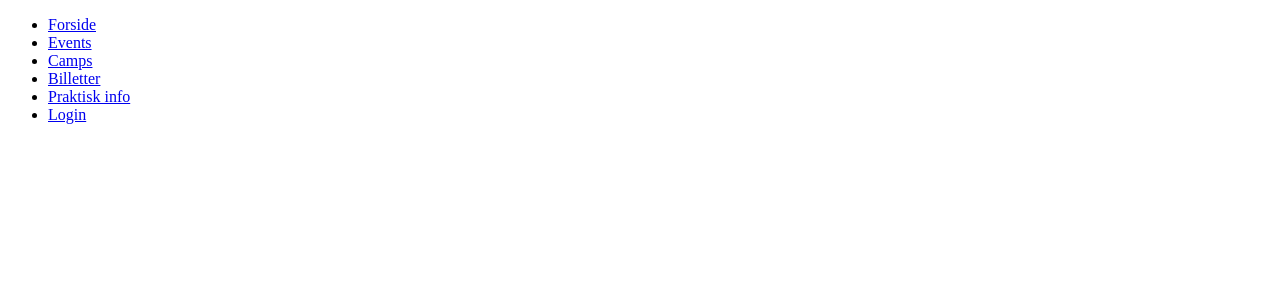
Repository: gunnarkryth/svendepr-ve-mediesuset
Page: /
An editor plug-in stored every save of this project. The page is shown before and after the next save, followed by the edit.
The browser window is 1280 px wide. The pictures show the whole page.
The project was rebuilt for these pictures with package versions that can differ from the ones it lists, and the page was loaded fresh each time. Also part of the build but not shown: vite.config.js, src/index.css, src/pages/Events.jsx, src/pages/Camps.jsx, src/pages/Tickets.jsx, src/pages/Info.jsx, src/pages/Login.jsx, src/pages/NotFound.jsx.

Above is the page before, as saved 2025-01-14 11:59:29.

### src/App.jsx
import { BrowserRouter, Route, Routes } from "react-router-dom";
import { Home } from "./pages/Home";
import { Events } from "./pages/Events";
import { Camps } from "./pages/Camps";
import { Tickets } from "./pages/Tickets";
import { Info } from "./pages/Info";
import { Login } from "./pages/Login";
import { NotFound } from "./pages/NotFound";
import { MainLayout } from "./layout/MainLayout";

function App() {
  return (
    <>
      <BrowserRouter>
        <Routes>
          <Route path="/" element={<MainLayout />}>
            <Route path="events" element={<Home />} />
            <Route path="events" element={<Events />} />
            <Route path="camps" element={<Camps />} />
            <Route path="tickets" element={<Tickets />} />
            <Route path="info" element={<Info />} />
            <Route path="login" element={<Login />} />
            <Route path="*" element={<NotFound />} />
          </Route>
        </Routes>
      </BrowserRouter>
    </>
  );
}

export default App;

### src/layout/MainLayout.jsx
import { Outlet } from "react-router-dom";
import { Nav } from "../components/nav/Nav";

export const MainLayout = () => {
  return (
    <div>
      <Nav />
      <Outlet />
    </div>
  );
};

### src/components/nav/Nav.jsx
import { NavLink } from "react-router-dom";

export const Nav = () => {
  return (
    <nav>
      <ul>
        <li>
          <NavLink to="/">Forside</NavLink>
        </li>
        <li>
          <NavLink to="/events">Events</NavLink>
        </li>
        <li>
          <NavLink to="/camps">Camps</NavLink>
        </li>
        <li>
          <NavLink to="/tickets">Billetter</NavLink>
        </li>
        <li>
          <NavLink to="/info">Praktisk info</NavLink>
        </li>
        <li>
          <NavLink to="/login">Login</NavLink>
        </li>
      </ul>
    </nav>
  );
};

### src/pages/Home.jsx
export const Home = () => {
  return (
    <section>Home</section>
  )
}

Loaded but not shown: index.html (common file); src/main.jsx (common file)

After the next save:
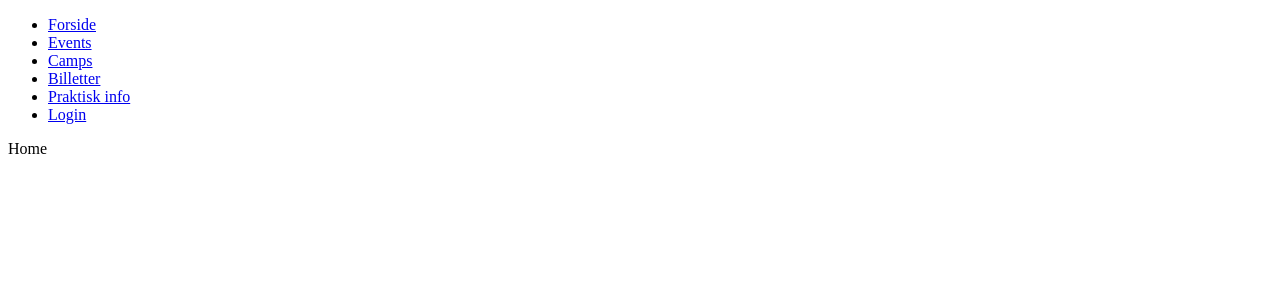
Saved 7 s later.
--- a/src/App.jsx
+++ b/src/App.jsx
@@ -14,7 +14,7 @@
       <BrowserRouter>
         <Routes>
           <Route path="/" element={<MainLayout />}>
-            <Route path="events" element={<Home />} />
+            <Route index element={<Home />} />
             <Route path="events" element={<Events />} />
             <Route path="camps" element={<Camps />} />
             <Route path="tickets" element={<Tickets />} />
